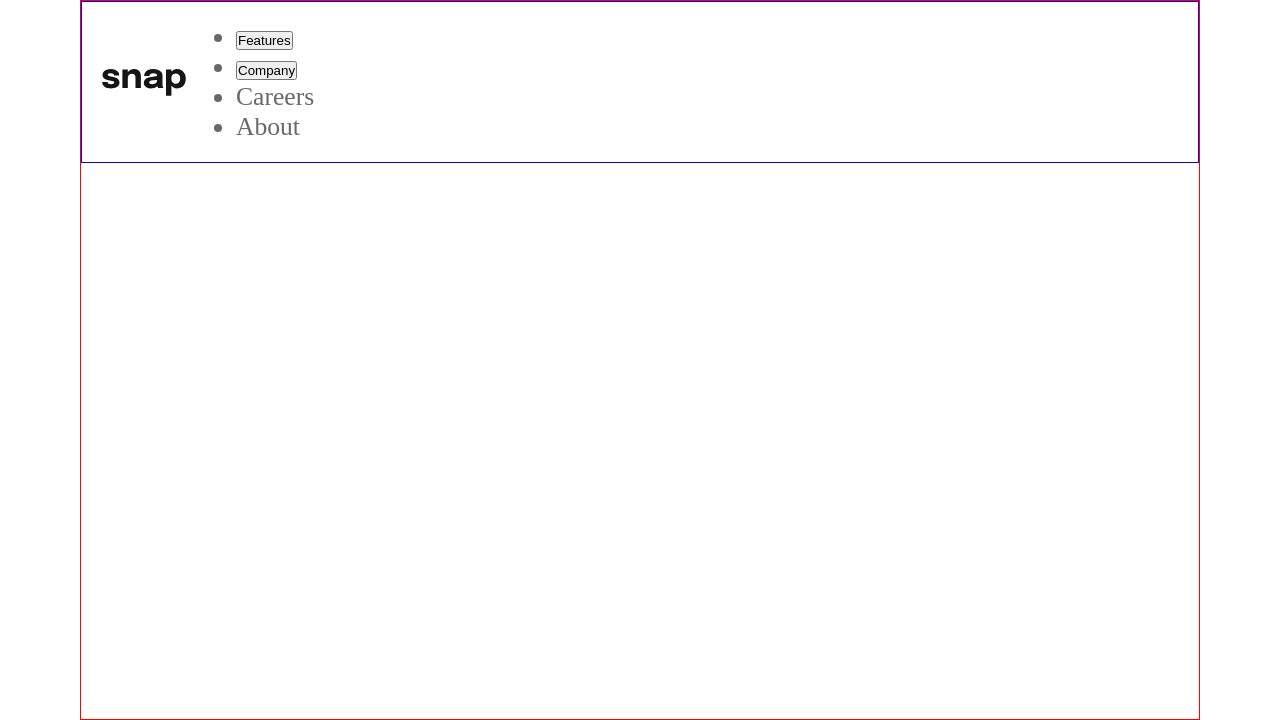
Repository: KamoliddinGIT/intro-section-with-dropdown
Page: index.html
The author's editor kept a copy of each file at every save. The page is drawn from the files as they stood at one save, then again after the next save.
The browser window is 1280 px wide. The pictures show the whole page.

Above is the page before, as saved 2023-09-18 20:18:12.

After the next save:
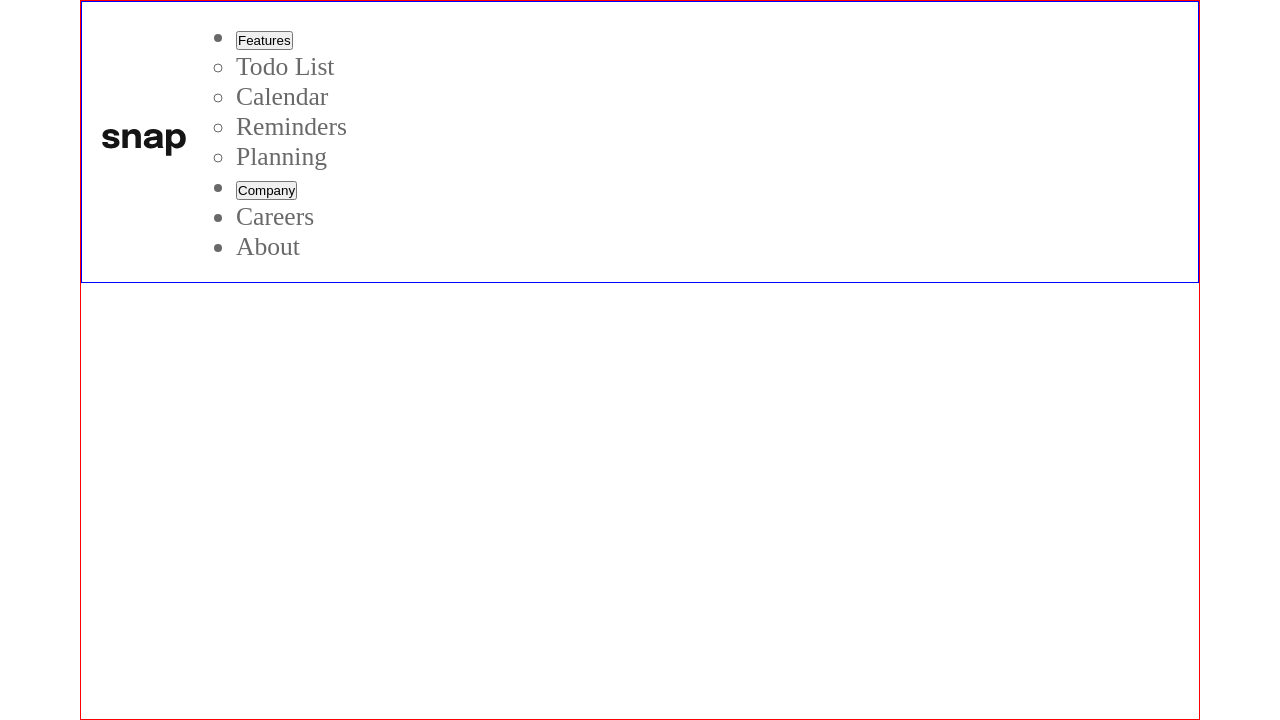
Saved 3 min 24 s later.
--- a/index.html
+++ b/index.html
@@ -17,7 +17,15 @@
       <div class="header">
         <img src="./images/logo.svg" alt="logo" class="logo" />
         <ul>
-          <li><button>Features</button></li>
+          <li>
+            <button>Features</button>
+            <ul>
+              <li>Todo List</li>
+              <li>Calendar</li>
+              <li>Reminders</li>
+              <li>Planning</li>
+            </ul>
+          </li>
           <li><button>Company</button></li>
           <li>Careers</li>
           <li>About</li>
